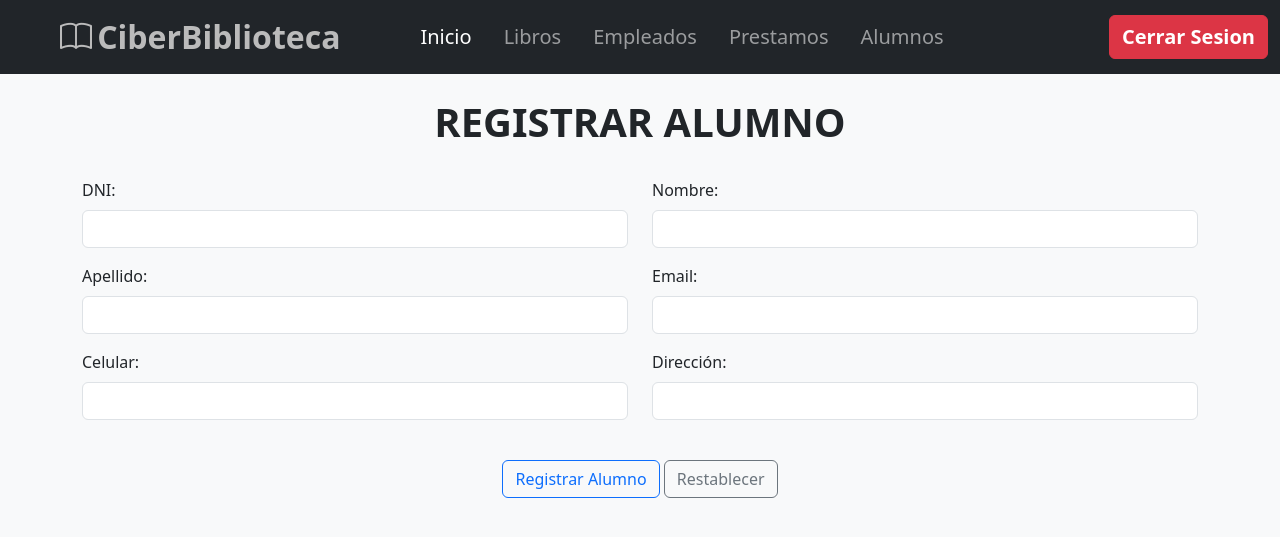
Repository: WilmerOcampo/LP1_Biblioteca
Page: http://localhost/Proyecto/registrarAlumno.jsp
The author's editor kept a copy of each file at every save. The page is drawn from the files as they stood at one save, then again after the next save.
The browser window is 1280 px wide. The pictures show the whole page.
The page is served by Tomcat 10.

Above is the page before, as saved 2023-05-31 16:31:23.

After the next save:
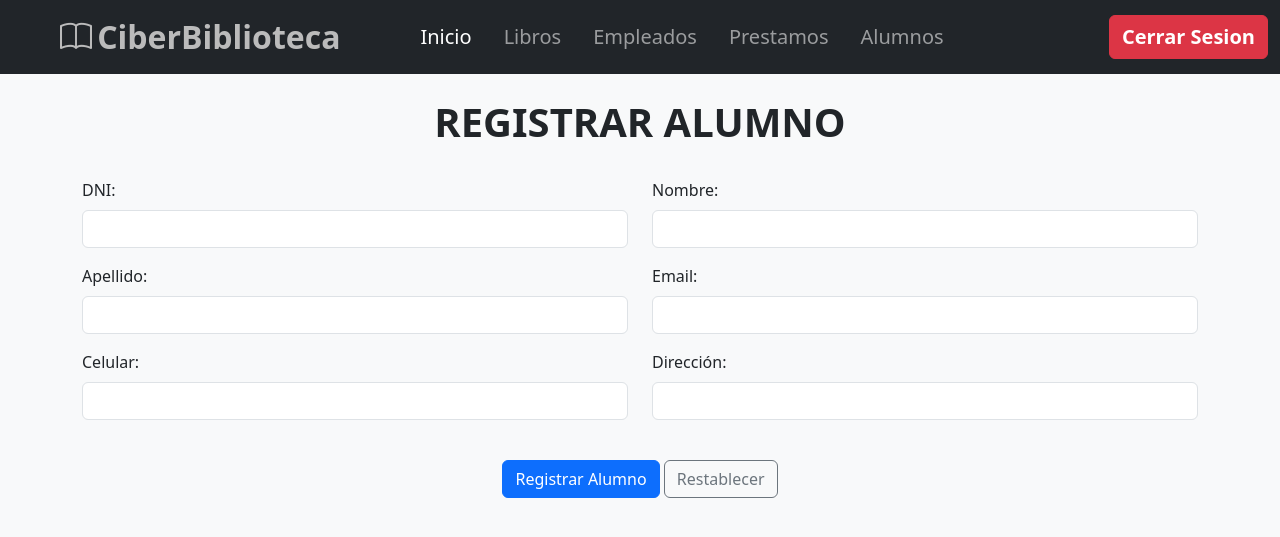
Saved 4 min 18 s later.
--- a/Proyecto/src/main/webapp/registrarAlumno.jsp
+++ b/Proyecto/src/main/webapp/registrarAlumno.jsp
@@ -92,7 +92,7 @@
             </div>
             <div class="row">
                 <div class="col-md-12 text-center">
-                    <br><input type="submit" name="Registrar" id="registrar" value="Registrar Alumno" class="btn btn-outline-primary">
+                    <br><input type="submit" name="Registrar" id="registrar" value="Registrar Alumno" class="btn btn-primary">
                     <input type="reset" name="borrar" id="borrar" value="Restablecer" class="btn btn-outline-secondary">
                 </div>
             </div>
